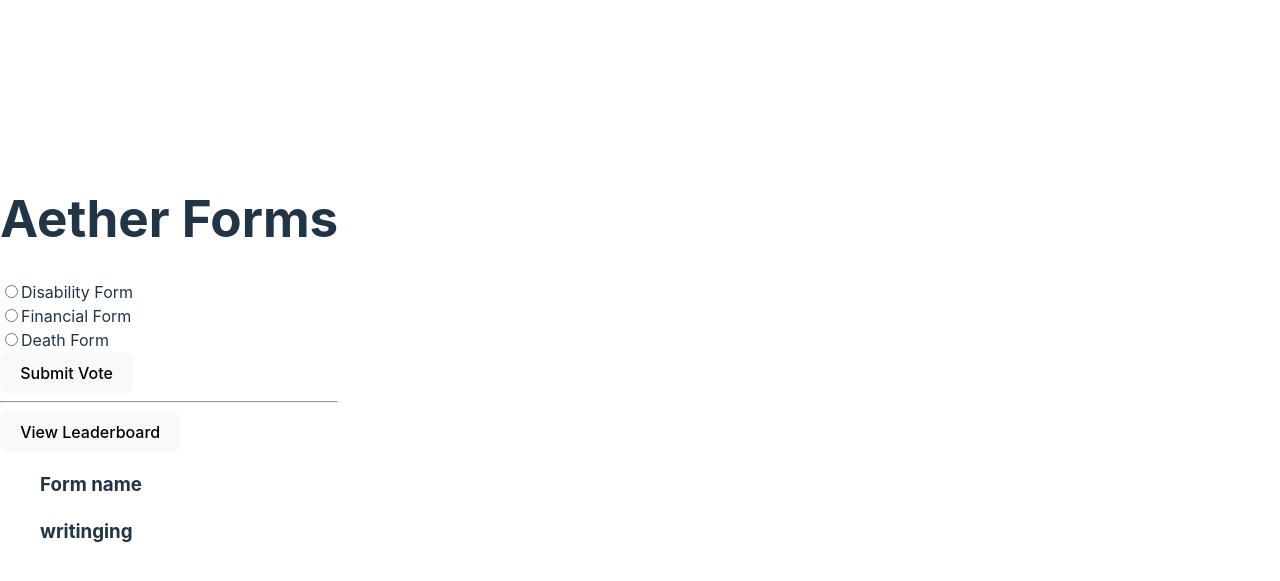
Repository: Jennica1/Aether-Top-Forms
Page: / (app in form-leaderboard-frontend/)
The author's editor kept a copy of each file at every save. The page is drawn from the files as they stood at one save, then again after the next save.
The browser window is 1280 px wide. The pictures show the whole page.
The project was rebuilt for these pictures with package versions that can differ from the ones it lists, and the page was loaded fresh each time. Also part of the build but not shown: form-leaderboard-frontend/vite.config.js.

Above is the page before, as saved 2024-11-26 12:24:19.

### form-leaderboard-frontend/src/App.jsx
import React from "react";
import VotingForm from "./components/VotingForm";
import Leaderboard from "./components/Leaderboard";

function App() {
  return (
    <div>
      <h1>Aether Forms</h1>
      <VotingForm />
      <hr />
      <Leaderboard />
    </div>
  );
}

export default App;

### form-leaderboard-frontend/src/components/VotingForm.jsx
import React, { useState } from "react";
import axios from "axios";

const VotingForm = () => {
  const [formType, setFormType] = useState("");

  const handleVote = async (e) => {
    e.preventDefault();

    if (!formType) {
      alert("Please select a form!");
      return;
    }

    try {
      await axios.post("https://aether-top-forms-leaderboard.onrender.com/api/votes", { formType });

      alert("Vote submitted!");
    } catch (error) {
      console.error("Error submitting vote:", error);
    }
  };

  return (
    <form onSubmit={handleVote}>
      <label>
        <input
          type="radio"
          name="form"
          value="Disability Form"
          onChange={(e) => setFormType(e.target.value)}
        />
        Disability Form
      </label>
      <br />
      <label>
        <input
          type="radio"
          name="form"
          value="Financial Form"
          onChange={(e) => setFormType(e.target.value)}
        />
        Financial Form
      </label>
      <br />
      <label>
        <input
          type="radio"
          name="form"
          value="Death Form"
          onChange={(e) => setFormType(e.target.value)}
        />
        Death Form
      </label>
      <br />
      <button type="submit">Submit Vote</button>
    </form>
  );
};

export default VotingForm;

### form-leaderboard-frontend/src/components/Leaderboard.jsx
import React, { useState } from "react";
import axios from "axios";

const Leaderboard = () => {
  const [leaderboard, setLeaderboard] = useState([]);

  const fetchLeaderboard = async () => {
    try {
      const { data } = await axios.get("https://aether-top-forms-leaderboard.onrender.com/api/votes/leaderboard");

      setLeaderboard(data);
    } catch (error) {
      console.error("Error fetching leaderboard:", error);
    }
  };

  return (
    <div>
      <button onClick={fetchLeaderboard}>View Leaderboard</button>
      <ul>
        {leaderboard.map((entry) => (
          <li key={entry._id}>
            {entry._id}: {entry.count} votes
          </li>
        ))}
        <h3 >
          Form name
          <p>writinging</p>
        </h3>

      </ul>
    </div>
  );
};

export default Leaderboard;

Loaded but not shown: form-leaderboard-frontend/index.html (common file); form-leaderboard-frontend/src/main.jsx (common file); form-leaderboard-frontend/src/index.css (common file)

After the next save:
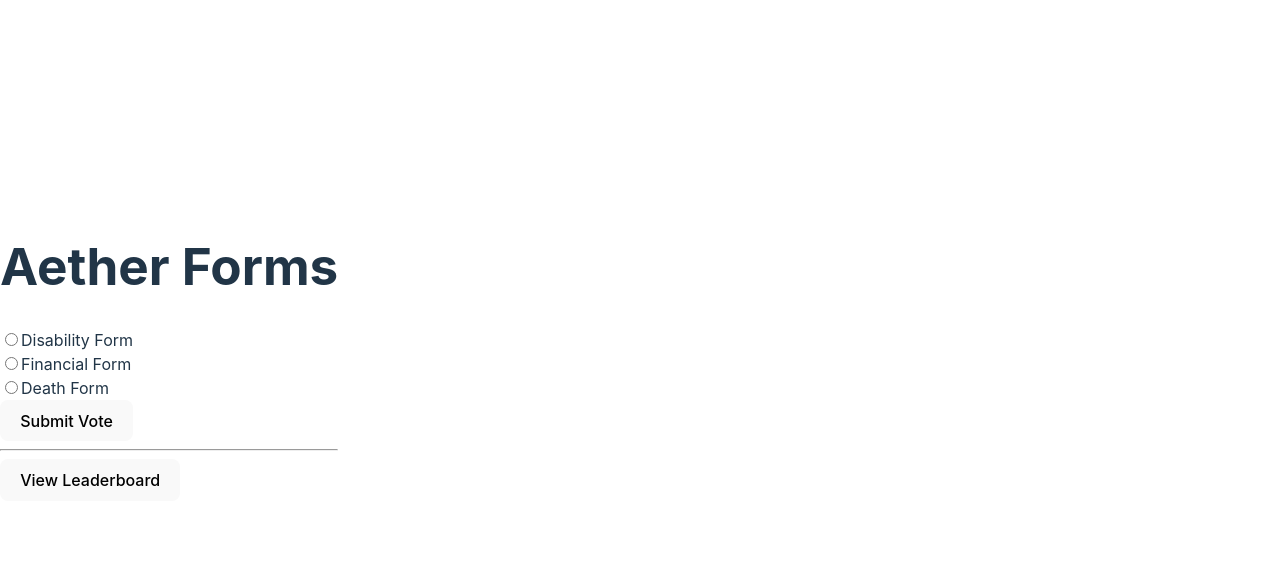
Saved 71 s later.
--- a/form-leaderboard-frontend/src/components/Leaderboard.jsx
+++ b/form-leaderboard-frontend/src/components/Leaderboard.jsx
@@ -23,11 +23,6 @@ const Leaderboard = () => {
             {entry._id}: {entry.count} votes
           </li>
         ))}
-        <h3 >
-          Form name
-          <p>writinging</p>
-        </h3>
-
       </ul>
     </div>
   );
